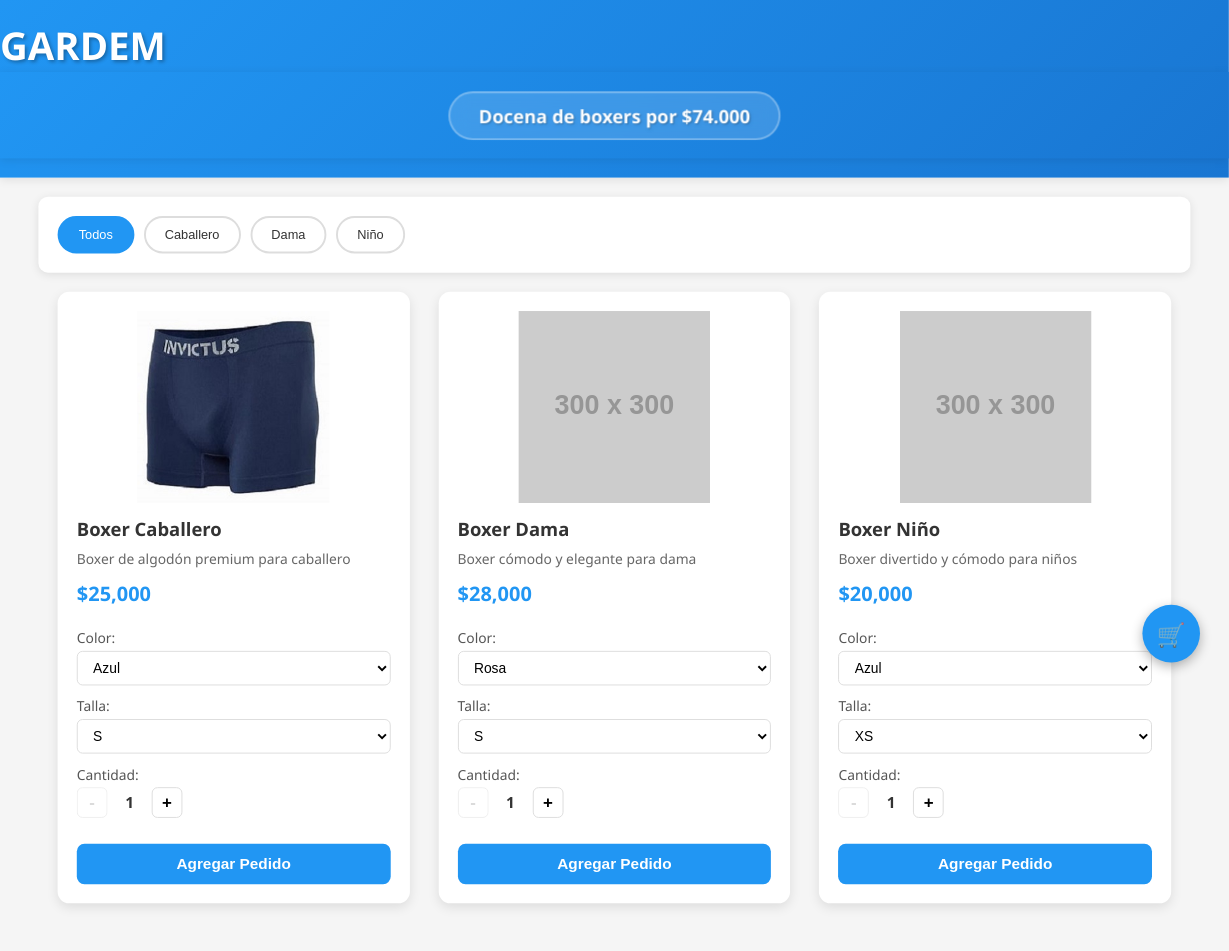
Repository: dasalgar123/gardem_react
Page: /
These files come from the project's save history. The page is drawn as it stood at one moment and after a run of saves; the edit follows.
The browser window is 1280 px wide. The pictures show the whole page, at 96% of full size.
The project was rebuilt for these pictures with package versions that can differ from the ones it lists, and the page was loaded fresh each time.

Above is the page before, as saved 2025-08-02 18:28:28.

### src/App.js
import React, { useState, useEffect } from 'react';
import './App.css';
import Tarjeta from './components/Tarjeta';

function App() {
  const [productos, setProductos] = useState([]);
  const [carrito, setCarrito] = useState([]);
  const [filtroCategoria, setFiltroCategoria] = useState('todos');
  const [promocionActual, setPromocionActual] = useState(0);
  const [mostrarCarrito, setMostrarCarrito] = useState(false);

  const promociones = [
    "Envíos a todo el país! Envíos gratis a Cúcuta centro",
    "Docena de boxers por $74.000",
    "Aprovecha nuestras promociones!"
  ];

  // Datos de ejemplo
  const productosEjemplo = [
    {
      id: 1,
      nombre: "Boxer Caballero",
      descripcion: "Boxer de algodón premium para caballero",
      precio: 25000,
      categoria: "caballero",
      imagen: "/img/Caballeros/boxer1_1.jpeg",
      colores: ["Azul", "Rojo", "Verde", "Negro"],
      tallas: ["S", "M", "L", "XL"]
    },
    {
      id: 2,
      nombre: "Boxer Dama",
      descripcion: "Boxer cómodo y elegante para dama",
      precio: 28000,
      categoria: "dama",
      imagen: "https://via.placeholder.com/300x300/ff6b6b/ffffff?text=Boxer+Dama",
      colores: ["Rosa", "Azul", "Negro", "Blanco"],
      tallas: ["S", "M", "L"]
    },
    {
      id: 3,
      nombre: "Boxer Niño",
      descripcion: "Boxer divertido y cómodo para niños",
      precio: 20000,
      categoria: "nino",
      imagen: "https://via.placeholder.com/300x300/4ecdc4/ffffff?text=Boxer+Niño",
      colores: ["Azul", "Rojo", "Verde", "Amarillo"],
      tallas: ["XS", "S", "M", "L"]
    }
  ];

  useEffect(() => {
    // Usar datos de ejemplo
    setProductos(productosEjemplo);
  }, []);

  useEffect(() => {
    const interval = setInterval(() => {
      setPromocionActual((prev) => (prev + 1) % promociones.length);
    }, 3000);

    return () => clearInterval(interval);
  }, [promociones.length]);

  const agregarAlCarrito = (producto, colorSeleccionado, tallaSeleccionada, cantidad) => {
    const itemExistente = carrito.find(
      item => item.id === producto.id &&
      item.color === colorSeleccionado &&
      item.talla === tallaSeleccionada
    );

    if (itemExistente) {
      setCarrito(carrito.map(item =>
        item.id === producto.id &&
        item.color === colorSeleccionado &&
        item.talla === tallaSeleccionada
          ? { ...item, cantidad: item.cantidad + cantidad }
          : item
      ));
    } else {
      setCarrito([...carrito, {
        ...producto,
        color: colorSeleccionado,
        talla: tallaSeleccionada,
        cantidad
      }]);
    }
  };

  const productosFiltrados = filtroCategoria === 'todos'
    ? productos
    : productos.filter(producto => producto.categoria === filtroCategoria);

  const totalItems = carrito.reduce((total, item) => total + item.cantidad, 0);

  return (
    <div className="App">
      <header className="header">
        <h1 className="logo">GARDEM</h1>
        <div className="carrusel-container">
          <div className="carrusel-promociones">
            <div className="promocion-activa">
              {promociones[promocionActual]}
            </div>
          </div>
        </div>
      </header>

      <div className="filtros">
        <div className="filtro-categorias">
          <button
            className={filtroCategoria === 'todos' ? 'activo' : ''}
            onClick={() => setFiltroCategoria('todos')}
          >
            Todos
          </button>
          <button
            className={filtroCategoria === 'caballero' ? 'activo' : ''}
            onClick={() => setFiltroCategoria('caballero')}
          >
            Caballero
          </button>
          <button
            className={filtroCategoria === 'dama' ? 'activo' : ''}
            onClick={() => setFiltroCategoria('dama')}
          >
            Dama
          </button>
          <button
            className={filtroCategoria === 'nino' ? 'activo' : ''}
            onClick={() => setFiltroCategoria('nino')}
          >
            Niño
          </button>
        </div>
      </div>

      <div className="productos-grid">
        {productosFiltrados.map(producto => (
          <Tarjeta
            key={producto.id}
            producto={producto}
            onAgregarAlCarrito={agregarAlCarrito}
          />
        ))}
      </div>

      {/* Icono flotante del carrito */}
      <div className="carrito-flotante" onClick={() => setMostrarCarrito(!mostrarCarrito)}>
        <span className="carrito-icono">🛒</span>
        {totalItems > 0 && (
          <span className="carrito-contador">{totalItems}</span>
        )}
      </div>

      {/* Carrito desplegable */}
      {mostrarCarrito && (
        <div className="carrito">
          <h3>Carrito de Compras</h3>
          {carrito.length > 0 ? (
            <>
              {carrito.map((item, index) => (
                <div key={index} className="carrito-item">
                  <span>{item.nombre} - {item.color} - {item.talla} x{item.cantidad}</span>
                  <span>${(item.precio * item.cantidad).toLocaleString()}</span>
                </div>
              ))}
              <div className="carrito-total">
                <strong>Total: ${carrito.reduce((total, item) => total + (item.precio * item.cantidad), 0).toLocaleString()}</strong>
              </div>
              <button
                className="btn-whatsapp"
                onClick={() => {
                  const mensaje = `Hola! Quiero hacer un pedido:\n${carrito.map(item =>
                    `${item.nombre} - ${item.color} - ${item.talla} x${item.cantidad} = $${(item.precio * item.cantidad).toLocaleString()}`
                  ).join('\n')}\n\nTotal: $${carrito.reduce((total, item) => total + (item.precio * item.cantidad), 0).toLocaleString()}`;
                  window.open(`https://wa.me/573001234567?text=${encodeURIComponent(mensaje)}`);
                }}
              >
                Enviar Pedido por WhatsApp
              </button>
            </>
          ) : (
            <p>El carrito está vacío</p>
          )}
        </div>
      )}
    </div>
  );
}

export default App;

### src/App.css
/* Estilos generales */
* {
  margin: 0;
  padding: 0;
  box-sizing: border-box;
}

body {
  font-family: 'Segoe UI', Tahoma, Geneva, Verdana, sans-serif;
  background-color: #f5f5f5;
}

.App {
  min-height: 100vh;
}

/* Header */
.header {
  background: linear-gradient(135deg, #2196F3 0%, #1976D2 100%);
  color: white;
  padding: 20px 0;
  box-shadow: 0 2px 10px rgba(0,0,0,0.1);
}

.header-content {
  max-width: 1200px;
  margin: 0 auto;
  padding: 0 20px;
  display: flex;
  justify-content: center;
  align-items: center;
}

.logo {
  font-size: 2.5rem;
  font-weight: bold;
  text-shadow: 2px 2px 4px rgba(0,0,0,0.3);
}

/* Carrusel de Promociones */
.carrusel-container {
  width: 100%;
  background: linear-gradient(135deg, #2196F3 0%, #1976D2 100%);
  padding: 15px 0;
  box-shadow: 0 2px 10px rgba(0,0,0,0.1);
}

.carrusel-promociones {
  width: 100%;
  display: flex;
  justify-content: center;
  align-items: center;
  height: 60px;
}

.promocion-activa {
  margin: 0;
  font-size: 1.2rem;
  font-weight: 600;
  color: white;
  animation: fadeInOut 3s ease-in-out infinite;
  text-align: center;
  padding: 10px 30px;
  background: rgba(255,255,255,0.15);
  border-radius: 30px;
  backdrop-filter: blur(10px);
  border: 2px solid rgba(255,255,255,0.3);
  text-shadow: 1px 1px 2px rgba(0,0,0,0.3);
}

@keyframes fadeInOut {
  0%, 100% {
    opacity: 0;
    transform: translateY(20px);
  }
  10%, 90% {
    opacity: 1;
    transform: translateY(0);
  }
}

/* Filtros */
.filtros {
  background: white;
  padding: 20px;
  margin: 20px auto;
  max-width: 1200px;
  border-radius: 10px;
  box-shadow: 0 2px 10px rgba(0,0,0,0.1);
  display: flex;
  justify-content: space-between;
  align-items: center;
  flex-wrap: wrap;
  gap: 20px;
}

.filtro-categorias {
  display: flex;
  gap: 10px;
  flex-wrap: wrap;
}

.filtro-categorias button {
  padding: 10px 20px;
  border: 2px solid #ddd;
  background: white;
  color: #333;
  border-radius: 25px;
  cursor: pointer;
  transition: all 0.3s ease;
  font-weight: 500;
}

.filtro-categorias button:hover {
  border-color: #2196F3;
  color: #2196F3;
}

.filtro-categorias button.activo {
  background: #2196F3;
  color: white;
  border-color: #2196F3;
}

.filtro-extra {
  display: flex;
  align-items: center;
  gap: 10px;
}

.filtro-extra select {
  padding: 8px 15px;
  border: 1px solid #ddd;
  border-radius: 5px;
  background: white;
}

/* Mensajes de Error y Loading */
.error-message {
  max-width: 1200px;
  margin: 20px auto;
  padding: 20px;
  background: #ffebee;
  border: 1px solid #f44336;
  border-radius: 10px;
  color: #c62828;
  text-align: center;
}

.error-message p {
  margin: 10px 0;
  font-size: 1rem;
}

.loading {
  max-width: 1200px;
  margin: 50px auto;
  text-align: center;
  padding: 40px;
  background: white;
  border-radius: 10px;
  box-shadow: 0 2px 10px rgba(0,0,0,0.1);
}

.loading p {
  font-size: 1.2rem;
  color: #666;
  margin: 0;
}

/* Grid de Productos */
.productos-grid {
  max-width: 1200px;
  margin: 0 auto;
  padding: 0 20px;
  display: grid;
  grid-template-columns: repeat(auto-fill, minmax(280px, 1fr));
  gap: 30px;
  margin-bottom: 50px;
}

/* Tarjeta de Producto */
/* Estilos para el componente Tarjeta */
.producto-card {
  background: white;
  border-radius: 12px;
  box-shadow: 0 4px 12px rgba(0, 0, 0, 0.1);
  padding: 20px;
  transition: transform 0.2s, box-shadow 0.2s;
  display: flex;
  flex-direction: column;
  height: 100%;
}

.producto-card:hover {
  transform: translateY(-4px);
  box-shadow: 0 8px 24px rgba(0, 0, 0, 0.15);
}

.producto-imagen {
  width: 100%;
  height: 200px;
  overflow: hidden;
  border-radius: 8px;
  margin-bottom: 15px;
  display: flex;
  align-items: center;
  justify-content: center;
}

.producto-imagen img {
  width: 100%;
  height: 100%;
  object-fit: contain;
  transition: transform 0.3s;
  max-width: 100%;
  max-height: 100%;
}

.producto-imagen img:hover {
  transform: scale(1.05);
}

.producto-info {
  flex: 1;
  margin-bottom: 15px;
}

.producto-nombre {
  font-size: 1.2rem;
  font-weight: 600;
  color: #333;
  margin: 0 0 8px 0;
  line-height: 1.3;
}

.producto-descripcion {
  font-size: 0.9rem;
  color: #666;
  margin: 0 0 12px 0;
  line-height: 1.4;
}

.producto-precio {
  font-size: 1.3rem;
  font-weight: 700;
  color: #2196F3;
  margin: 8px 0;
}

.producto-opciones {
  margin-bottom: 15px;
}

.opcion-grupo {
  margin-bottom: 12px;
}

.opcion-grupo label {
  display: block;
  font-size: 0.9rem;
  font-weight: 500;
  color: #555;
  margin-bottom: 4px;
}

.selector-opcion {
  width: 100%;
  padding: 8px 12px;
  border: 1px solid #ddd;
  border-radius: 6px;
  font-size: 0.9rem;
  background: white;
  transition: border-color 0.2s;
}

.selector-opcion:focus {
  outline: none;
  border-color: #2196F3;
}

.cantidad-controls {
  display: flex;
  align-items: center;
  gap: 8px;
}

.btn-cantidad {
  width: 32px;
  height: 32px;
  border: 1px solid #ddd;
  background: white;
  border-radius: 6px;
  font-size: 1.1rem;
  font-weight: 600;
  cursor: pointer;
  transition: all 0.2s;
}

.btn-cantidad:hover:not(:disabled) {
  background: #2196F3;
  color: white;
  border-color: #2196F3;
}

.btn-cantidad:disabled {
  opacity: 0.5;
  cursor: not-allowed;
}

.cantidad-numero {
  font-size: 1rem;
  font-weight: 600;
  color: #333;
  min-width: 30px;
  text-align: center;
}

.btn-agregar {
  width: 100%;
  padding: 12px;
  background: #2196F3;
  color: white;
  border: none;
  border-radius: 8px;
  font-size: 1rem;
  font-weight: 600;
  cursor: pointer;
  transition: background 0.2s;
  margin-top: auto;
}

.btn-agregar:hover {
  background: #1976D2;
}

/* Icono flotante del carrito */
.carrito-flotante {
  position: fixed;
  bottom: 30px;
  right: 30px;
  width: 60px;
  height: 60px;
  background: #2196F3;
  border-radius: 50%;
  display: flex;
  align-items: center;
  justify-content: center;
  cursor: pointer;
  box-shadow: 0 4px 12px rgba(0, 0, 0, 0.3);
  transition: all 0.3s ease;
  z-index: 1000;
}

.carrito-flotante:hover {
  transform: scale(1.1);
  box-shadow: 0 6px 20px rgba(0, 0, 0, 0.4);
}

.carrito-icono {
  font-size: 24px;
  color: white;
}

.carrito-contador {
  position: absolute;
  top: -5px;
  right: -5px;
  background: #ff4444;
  color: white;
  border-radius: 50%;
  width: 20px;
  height: 20px;
  display: flex;
  align-items: center;
  justify-content: center;
  font-size: 12px;
  font-weight: bold;
}

/* Carrito desplegable */
.carrito {
  position: fixed;
  bottom: 100px;
  right: 30px;
  width: 350px;
  max-height: 400px;
  background: white;
  border-radius: 12px;
  box-shadow: 0 8px 32px rgba(0, 0, 0, 0.3);
  padding: 20px;
  overflow-y: auto;
  z-index: 999;
  animation: slideIn 0.3s ease;
}

@keyframes slideIn {
  from {
    opacity: 0;
    transform: translateY(20px);
  }
  to {
    opacity: 1;
    transform: translateY(0);
  }
}

.carrito h3 {
  color: #333;
  margin-bottom: 15px;
  text-align: center;
}

.carrito-items {
  display: grid;
  grid-template-columns: repeat(auto-fill, minmax(250px, 1fr));
  gap: 15px;
  margin-bottom: 20px;
}

.carrito-item {
  display: flex;
  gap: 15px;
  padding: 15px;
  background: #f8f9fa;
  border-radius: 10px;
  align-items: center;
}

.carrito-item img {
  width: 60px;
  height: 60px;
  object-fit: cover;
  border-radius: 5px;
}

.carrito-item h4 {
  font-size: 1rem;
  margin-bottom: 5px;
  color: #333;
}

.carrito-item p {
  font-size: 0.9rem;
  color: #666;
  margin: 2px 0;
}

.carrito-total {
  text-align: center;
  border-top: 2px solid #eee;
  padding-top: 15px;
}

.carrito-total h4 {
  font-size: 1.3rem;
  color: #2196F3;
  margin-bottom: 15px;
}

.btn-whatsapp {
  background: #25d366;
  color: white;
  border: none;
  padding: 12px 25px;
  border-radius: 25px;
  font-weight: bold;
  cursor: pointer;
  transition: background 0.3s ease;
  font-size: 1rem;
}

.btn-whatsapp:hover {
  background: #128c7e;
}

/* Responsive */
@media (max-width: 768px) {
  .header-content {
    flex-direction: column;
    text-align: center;
    gap: 15px;
  }

  .logo {
    font-size: 2rem;
  }

  .carrusel-promociones {
    height: 50px;
  }

  .promocion-activa {
    font-size: 1rem;
    padding: 8px 20px;
  }

  .filtros {
    flex-direction: column;
    align-items: stretch;
  }

  .filtro-categorias {
    justify-content: center;
  }

  .productos-grid {
    grid-template-columns: repeat(auto-fill, minmax(250px, 1fr));
    gap: 20px;
  }

  .carrito-items {
    grid-template-columns: 1fr;
  }

  .meta-info {
    padding: 15px;
  }

  .meta-info h4 {
    font-size: 1rem;
  }

  .meta-info p {
    font-size: 0.8rem;
  }
}

### src/components/Tarjeta.js
import React, { useState } from 'react';

const Tarjeta = ({ producto, onAgregarAlCarrito }) => {
  const [colorSeleccionado, setColorSeleccionado] = useState(producto.colores[0]);
  const [tallaSeleccionada, setTallaSeleccionada] = useState(producto.tallas[0]);
  const [cantidad, setCantidad] = useState(1);

  const handleAgregar = () => {
    onAgregarAlCarrito(producto, colorSeleccionado, tallaSeleccionada, cantidad);
  };

  return (
    <div className="producto-card">
      {/* Imagen del producto */}
      <div className="producto-imagen">
        <img
          src={producto.imagen}
          alt={producto.nombre}
        />
      </div>

      {/* Información del producto */}
      <div className="producto-info">
        <h3 className="producto-nombre">{producto.nombre}</h3>

        {producto.descripcion && (
          <p className="producto-descripcion">{producto.descripcion}</p>
        )}

        <div className="producto-precio">
          ${producto.precio.toLocaleString()}
        </div>
      </div>

      {/* Selectores */}
      <div className="producto-opciones">
        <div className="opcion-grupo">
          <label>Color:</label>
          <select
            value={colorSeleccionado}
            onChange={(e) => setColorSeleccionado(e.target.value)}
            className="selector-opcion"
          >
            {producto.colores.map(color => (
              <option key={color} value={color}>{color}</option>
            ))}
          </select>
        </div>

        <div className="opcion-grupo">
          <label>Talla:</label>
          <select
            value={tallaSeleccionada}
            onChange={(e) => setTallaSeleccionada(e.target.value)}
            className="selector-opcion"
          >
            {producto.tallas.map(talla => (
              <option key={talla} value={talla}>{talla}</option>
            ))}
          </select>
        </div>

        <div className="opcion-grupo">
          <label>Cantidad:</label>
          <div className="cantidad-controls">
            <button
              onClick={() => setCantidad(Math.max(1, cantidad - 1))}
              disabled={cantidad <= 1}
              className="btn-cantidad"
            >
              -
            </button>
            <span className="cantidad-numero">{cantidad}</span>
            <button
              onClick={() => setCantidad(cantidad + 1)}
              className="btn-cantidad"
            >
              +
            </button>
          </div>
        </div>
      </div>

      {/* Botón agregar pedido */}
      <button
        className="btn-agregar"
        onClick={handleAgregar}
      >
        Agregar Pedido
      </button>
    </div>
  );
};

export default Tarjeta;

Loaded but not shown: public/index.html (common file); src/index.js (common file); src/index.css (common file); src/reportWebVitals.js (common file)

After the next 4 saves:
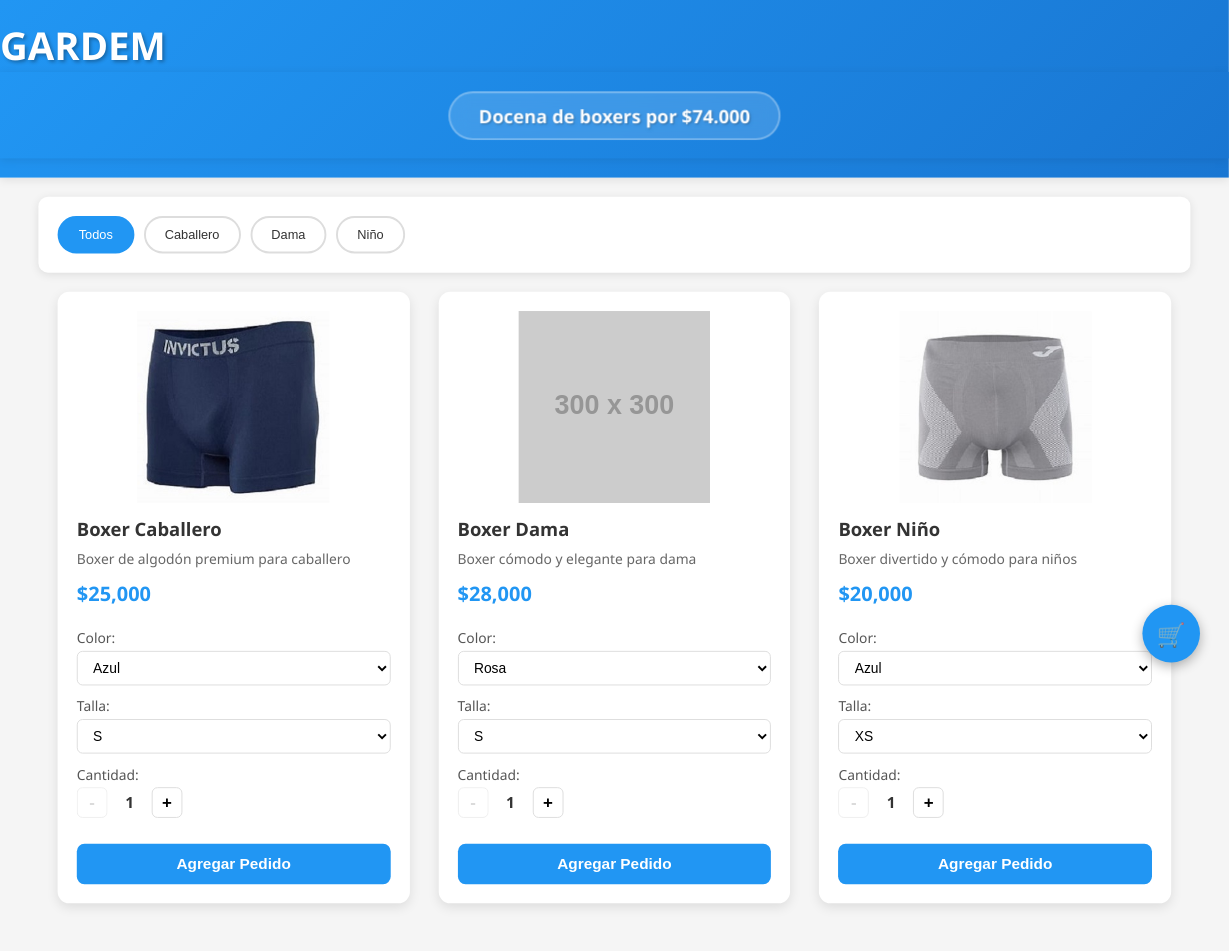
The 4 saves are shown as one change because they came seconds apart.
The last was saved 103 s later.
--- a/src/App.js
+++ b/src/App.js
@@ -43,7 +43,7 @@
       descripcion: "Boxer divertido y cómodo para niños",
       precio: 20000,
       categoria: "nino",
-      imagen: "https://via.placeholder.com/300x300/4ecdc4/ffffff?text=Boxer+Niño",
+      imagen: "/img/Caballeros/boxer1_2.jpeg",
       colores: ["Azul", "Rojo", "Verde", "Amarillo"],
       tallas: ["XS", "S", "M", "L"]
     }
